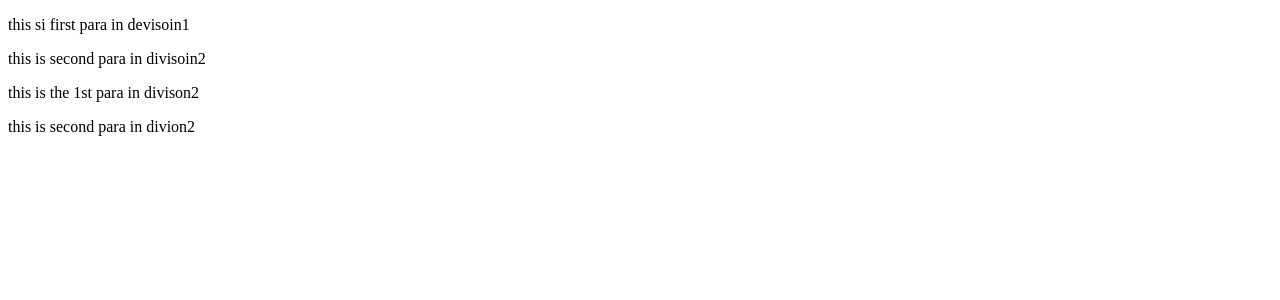
Repository: viveknaidu007/repo-115-JavaScript
Page: 22.html
An editor plug-in stored every save of this project. The page is shown before and after the next save, followed by the edit.
The browser window is 1280 px wide. The pictures show the whole page.

Above is the page before, as saved 2024-06-24 15:54:14.

After the next save:
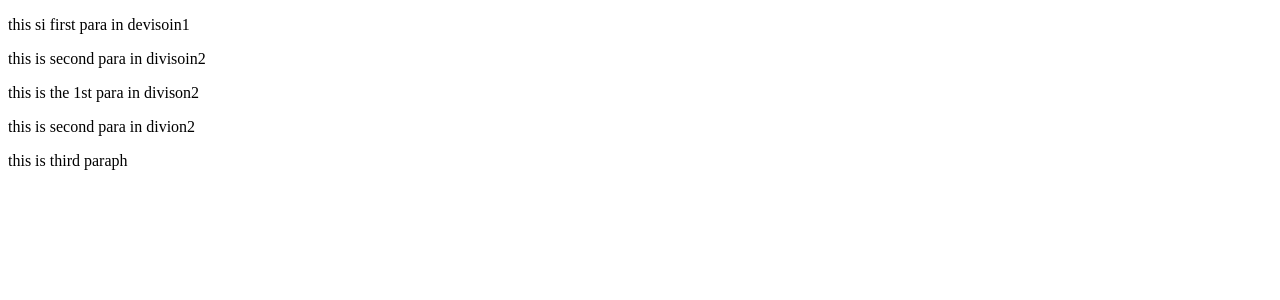
Saved 75 s later.
--- a/22.html
+++ b/22.html
@@ -25,6 +25,8 @@
         console.log(n)
         var parent = document.getElementById("second")
         console.log(parent)
+
+        parent.appendChild(n)
     </script>
 
 </html>
